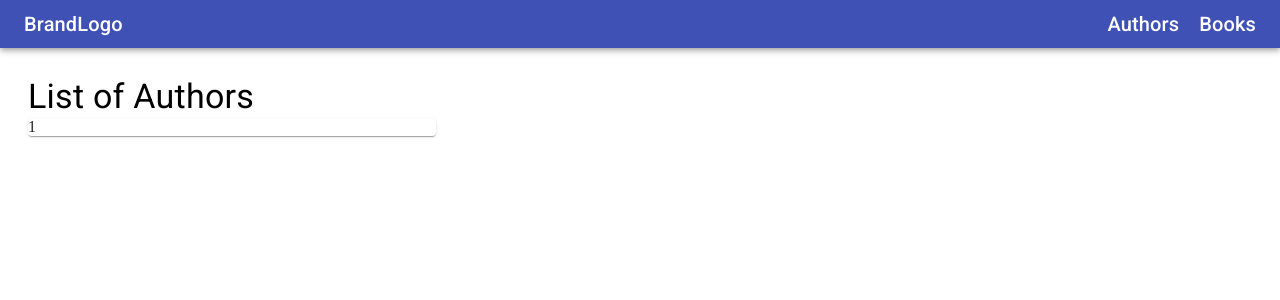
Repository: Sociophuck/00007494
Page: /authors (app in front/)
An editor plug-in stored every save of this project. The page is shown before and after the next save, followed by the edit.
The browser window is 1280 px wide. The pictures show the whole page.
The page's requests for data from a server got no answer. The project was rebuilt for these pictures with package versions that can differ from the ones it lists, and the page was loaded fresh each time. No one was signed in, and anything a server would have sent is missing. Also part of the build but not shown: front/src/Book.js, front/src/Home.js.

Above is the page before, as saved 2021-04-04 12:07:54.

### front/src/index.css
body {
  margin: 0;
}

.header-links {
  display: flex;
}
.header-links > a {
  margin-left: 20px;
  text-decoration: none;
  color: white;
}
.header-links > a:hover {
  color: lightblue;
}

.link {
  text-decoration: none;
  color: white;
}

### front/src/App.js
import Author from "./Author";
import "./App.css";
import { BrowserRouter as Router, Route, Switch } from "react-router-dom";
import Book from "./Book";
import Home from "./Home";
import NavBar from "./NavBar";

function App() {
  return (
    <Router>
      <div className="App">
        <NavBar />
        <div className="mainBody">
          <Switch>
            <Route exact path="/">
              <Home />
            </Route>
            <Route path="/authors">
              <Author />
            </Route>
            <Route path="/books">
              <Book />
            </Route>
          </Switch>
        </div>
      </div>
    </Router>
  );
}

export default App;

### front/src/Author.js
import axios from "axios";
import { useEffect, useState } from "react";
import Grid from "@material-ui/core/Grid";
import Paper from "@material-ui/core/Paper";
import { makeStyles } from "@material-ui/core/styles";
import Typography from "@material-ui/core/Typography";

function Author() {
  const [data, setData] = useState([]);
  useEffect(() => {
    axios
      .get("http://localhost:3318/api/Authors")
      .then(function (response) {
        setData(response.data);
        console.log(response);
      })
      .catch(function (error) {
        console.log(error);
      });
  }, []);

  return (
    <div>
      <Typography variant="h4">List of Authors</Typography>
      <div>
        <Grid container>
          <Grid item xs={12} md={6} lg={4}>
            <Paper>1</Paper>
          </Grid>
        </Grid>
        {data &&
          data.map((item) => {
            return <p>{item.firstName}</p>;
          })}
      </div>
    </div>
  );
}

export default Author;

### front/src/App.css
.mainBody {
  padding: 28px;
}

### front/src/NavBar.js
import { Link } from "react-router-dom";
import React from "react";
import { makeStyles } from "@material-ui/core/styles";
import AppBar from "@material-ui/core/AppBar";
import Toolbar from "@material-ui/core/Toolbar";
import Typography from "@material-ui/core/Typography";

const useStyles = makeStyles((theme) => ({
  root: {
    flexGrow: 1,
    color: "",
  },
  logo: {
    flexGrow: 1,
  },
}));

function NavBar() {
  const classes = useStyles();

  return (
    <div className={classes.root}>
      <AppBar position="static">
        <Toolbar variant="dense">
          <Typography className={classes.logo} variant="h6">
            <Link to="/" className="link">
              BrandLogo
            </Link>
          </Typography>

          <div className="header-links">
            <Link to="/authors">
              <Typography variant="h6" color="inherit">
                Authors
              </Typography>
            </Link>
            <Link to="/books">
              <Typography variant="h6" color="inherit">
                Books
              </Typography>
            </Link>
          </div>
        </Toolbar>
      </AppBar>
    </div>
  );
}

export default NavBar;

Loaded but not shown: front/public/index.html (common file); front/src/index.js (common file)

After the next save:
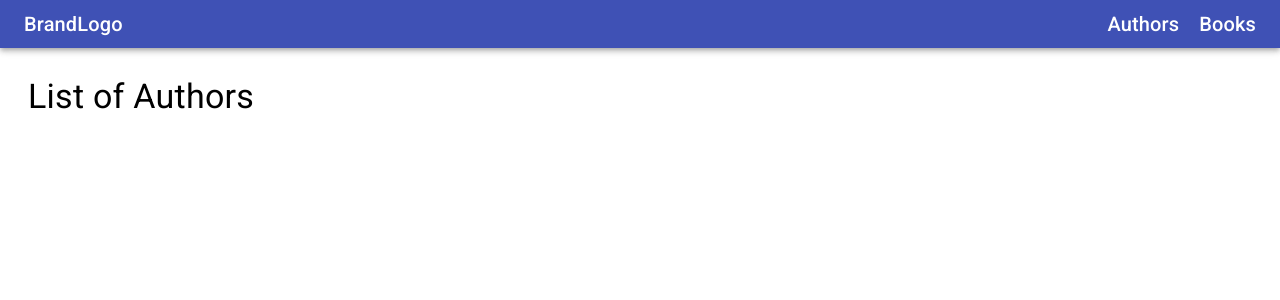
Saved 82 s later.
--- a/front/src/Author.js
+++ b/front/src/Author.js
@@ -24,14 +24,14 @@ function Author() {
       <Typography variant="h4">List of Authors</Typography>
       <div>
         <Grid container>
-          <Grid item xs={12} md={6} lg={4}>
-            <Paper>1</Paper>
-          </Grid>
+          {data &&
+            data.map((item) => {
+              return;
+              <Grid item xs={12} md={6} lg={4}>
+                <Paper>{item.firstName}</Paper>
+              </Grid>;
+            })}
         </Grid>
-        {data &&
-          data.map((item) => {
-            return <p>{item.firstName}</p>;
-          })}
       </div>
     </div>
   );
